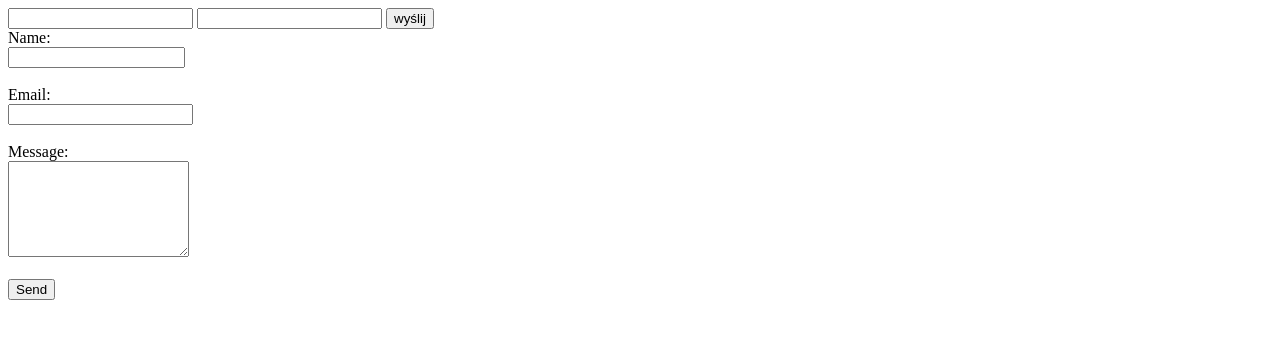
Repository: Gumiin/studia
Page: wykłady/5.05/index.html
These files come from the project's save history. The page is drawn as it stood at one moment and after the next save; the edit follows.
The browser window is 1280 px wide. The pictures show the whole page.

Above is the page before, as saved 2021-05-05 13:52:18.

### wykłady/5.05/index.html
<!DOCTYPE html>
<html lang="en">
<head>
    <meta charset="UTF-8">
    <meta http-equiv="X-UA-Compatible" content="IE=edge">
    <meta name="viewport" content="width=device-width, initial-scale=1.0">
    <title>Document</title>
</head>
<body>
    <form action="" method="">
        <input type="text" name="imie"id="imie">
        <input type="text" name="nazwisko"id="nazwisko">
        <input type="submit" value="wyślij">
    </form>
    <form action="mailto:gumiin99@gmail.com"
method="POST"
enctype="multipart/form-data"
name="EmailForm">
    Name:<br>
    <input type="text" size="19" name="Contact-Name"><br><br>
    Email:<br>
    <input type="email" name="Contact-Email"><br><br>
    Message:<br>
    <textarea name="Contact-Message" rows="6″ cols="20″>
    </textarea><br><br>
    <button type="submit" value="Submit">Send</button>
</form>
</body>
</html>

After the next save:
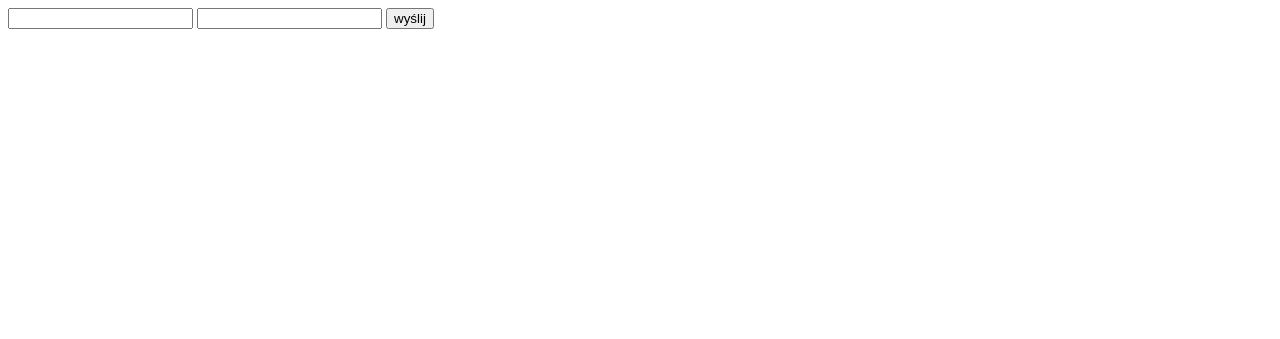
Saved 87 s later.
--- a/wykłady/5.05/index.html
+++ b/wykłady/5.05/index.html
@@ -12,18 +12,5 @@
         <input type="text" name="nazwisko"id="nazwisko">
         <input type="submit" value="wyślij">
     </form>
-    <form action="mailto:gumiin99@gmail.com"
-method="POST"
-enctype="multipart/form-data"
-name="EmailForm">
-    Name:<br>
-    <input type="text" size="19" name="Contact-Name"><br><br>
-    Email:<br>
-    <input type="email" name="Contact-Email"><br><br>
-    Message:<br>
-    <textarea name="Contact-Message" rows="6″ cols="20″>
-    </textarea><br><br>
-    <button type="submit" value="Submit">Send</button>
-</form>
 </body>
 </html>
